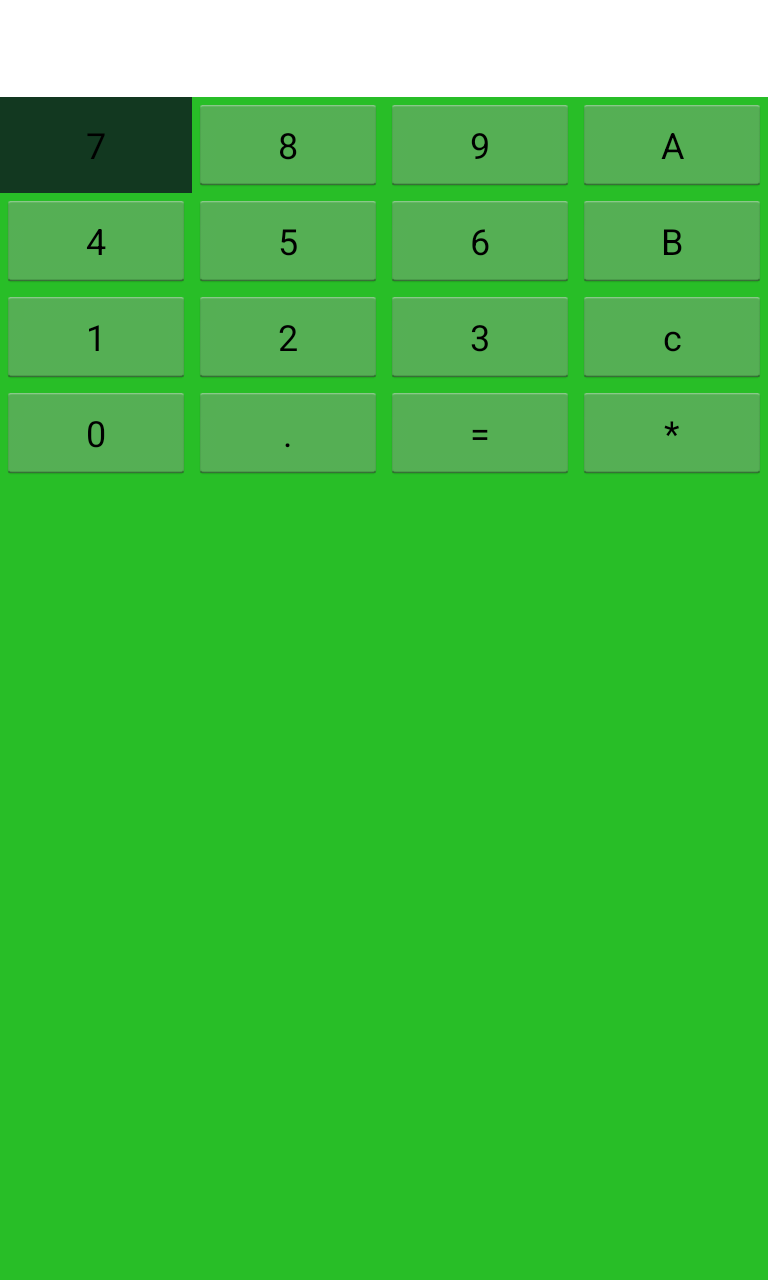
Repository: RamDion/BSIT_Calculator
Layout: CcsCalcu/res/layout/activity_calculator.xml
An editor plug-in stored every save of this project. The layout is shown before and after the next save, followed by the edit.
It is drawn on a 768 x 1280 px phone screen (xhdpi) without system bars, with theme AppTheme; the app's code is not run.

Above is the layout before, as saved 2014-09-04 05:10:54.

After the next save:
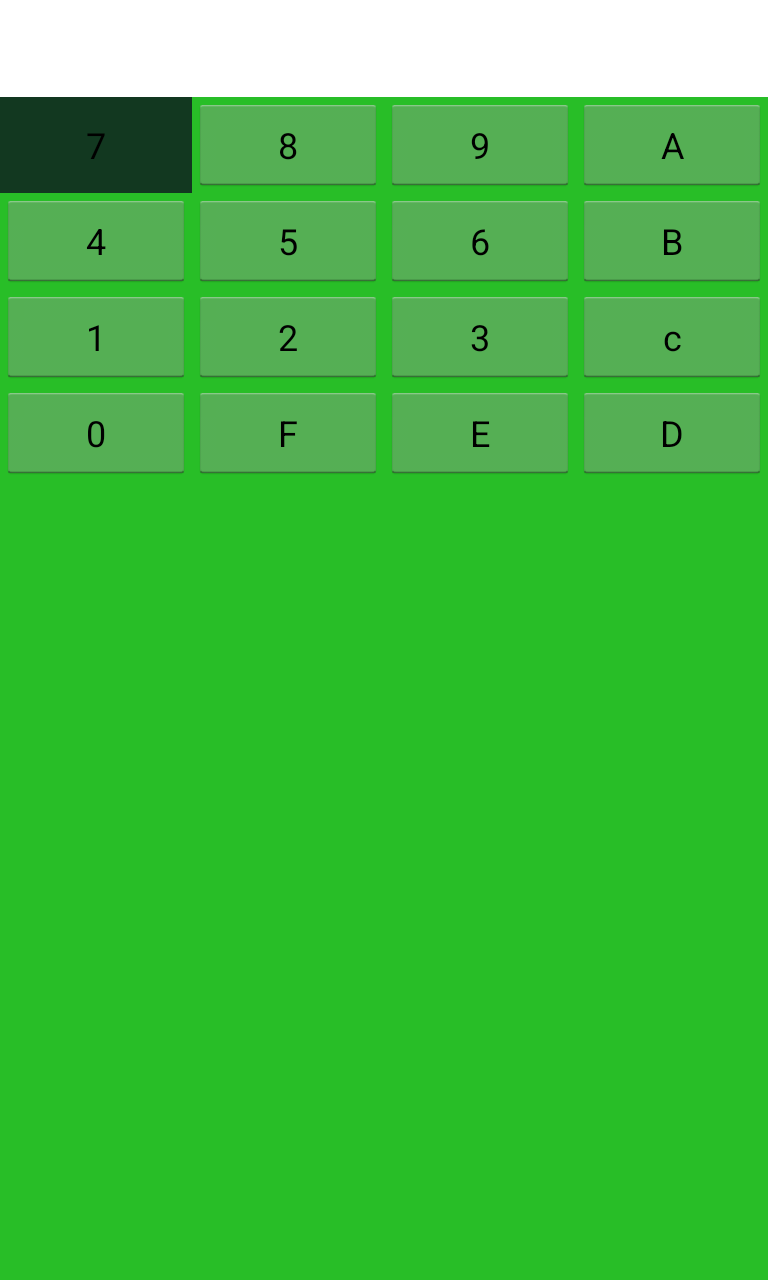
Saved 61 s later.
--- a/CcsCalcu/res/layout/activity_calculator.xml
+++ b/CcsCalcu/res/layout/activity_calculator.xml
@@ -147,24 +147,24 @@
                 android:text="@string/zero" />
 
             <Button
-                android:id="@+id/point"
+                android:id="@+id/f"
                 android:layout_width="0dip"
                 android:layout_weight="0.25"
                 android:layout_height="wrap_content"
-                android:text="." />
+                android:text="@string/f" />
 
             <Button
-                android:id="@+id/equal"
+                android:id="@+id/e"
                 android:layout_width="0dip"
                 android:layout_weight="0.25"
                 android:layout_height="wrap_content"
-                android:text="=" />
+                android:text="@string/e" />
 
             <Button
-                android:id="@+id/mul"
+                android:id="@+id/d"
                 android:layout_width="0dip"
                 android:layout_weight="0.25"
                 android:layout_height="wrap_content"
-                android:text="*" />
+                android:text="@string/d" />
         </TableRow>
     </TableLayout>
